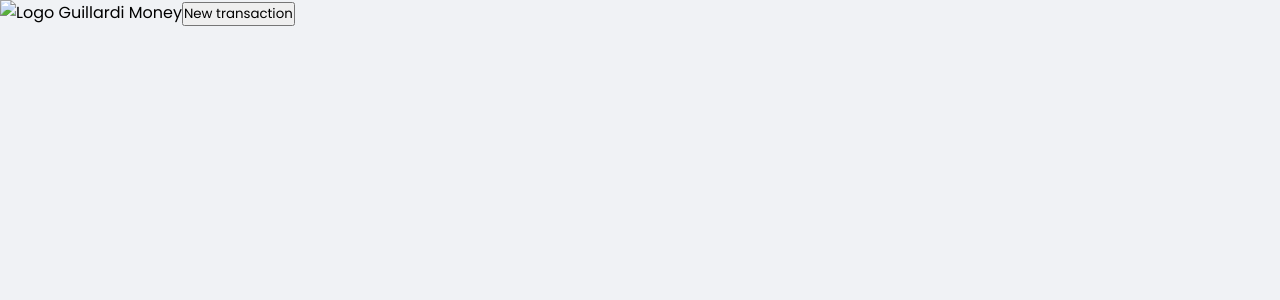
Repository: JoseGu1llardi/dtmoney
Page: /
An editor plug-in stored every save of this project. The page is shown before and after the next save, followed by the edit.
The browser window is 1280 px wide. The pictures show the whole page.
The project was rebuilt for these pictures with package versions that can differ from the ones it lists, and the page was loaded fresh each time.

Above is the page before, as saved 2022-12-30 11:35:13.

### public/index.html
<!DOCTYPE html>
<html lang="en">
  <head>
    <link rel="preconnect" href="https://fonts.googleapis.com" />
    <link rel="preconnect" href="https://fonts.gstatic.com" crossorigin />

    <meta charset="utf-8" />
    <meta name="viewport" content="width=device-width, initial-scale=1" />

    <link
      href="https://fonts.googleapis.com/css2?family=Poppins:wght@400;600&display=swap"
      rel="stylesheet"
    />

    <link rel="shortcut icon" href="favicon.png" type="image/png" />

    <title>Guillardi Money</title>
  </head>
  <body>
    <noscript>You need to enable JavaScript to run this app.</noscript>
    <div id="root"></div>
  </body>
</html>

### src/index.tsx
import { StrictMode } from 'react';
import { createRoot } from 'react-dom/client';
import { App } from './App';

const root = createRoot(
  document.getElementById('root') as HTMLElement
);
root.render(
  <StrictMode>
    <App />
  </StrictMode>
);

### src/App.tsx
import { Header } from "./components/Header";

import { GlobalStyle } from "./styles/global";

export function App() {
  return (
    <>
      <Header />
      <GlobalStyle />
    </>
  );
}

### src/components/Header/index.tsx


export function Header() {
    return (
        <header>
            <img src="" alt="Logo Guillardi Money" />
            <button>
                New transaction
            </button>
        </header>
    )
}

### src/styles/global.ts
import { createGlobalStyle } from "styled-components";

export const GlobalStyle = createGlobalStyle`
    :root {
        --background: #F0F2F5;
        --red: #e52e4d;
        --blue: #5429cc;
        --green: #33cc95;

        --blue-light: #6933ff;

        --text-title: #363f5f;
        --text-body: #969cb3;

        --background: #f0f2f5;
        --shape: #ffffff;
    }

    * {
        margin: 0;
        padding: 0;
        box-sizing: border-box;
    }

    html {
        @media (max-width: 1080px) {
            font-size: 93.75%;

        @media (max-width: 720px) {
            font-size: 87.5%;
        }
    }

    }

    body {
        background: var(--background);
        -webkit-font-smoothing: antialiased;
    }

    body, input, textarea, button {
        font-family: 'Poppins', sans-serif;
        font-weight: 400;
    }

    h1, h2, h3, h4, h5, h6, strong {
        font-weight: 600;
    }

    button {
        cursor: pointer;
    }

    [disabled] {
        opacity: 0.6;
        cursor: not-allowed;
    }
`;

After the next save:
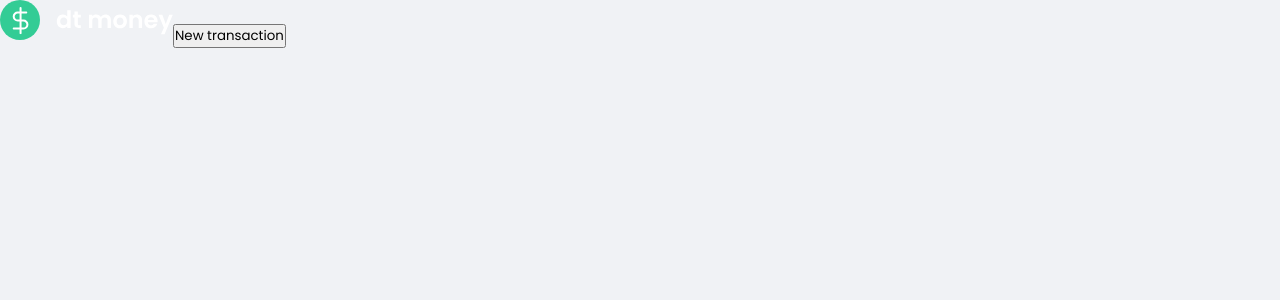
Saved 57 s later.
--- a/src/components/Header/index.tsx
+++ b/src/components/Header/index.tsx
@@ -1,9 +1,9 @@
-
+import logoImg from '../../assets/logo.svg'
 
 export function Header() {
     return (
         <header>
-            <img src="" alt="Logo Guillardi Money" />
+            <img src={logoImg} alt="Logo Guillardi Money" />
             <button>
                 New transaction
             </button>
